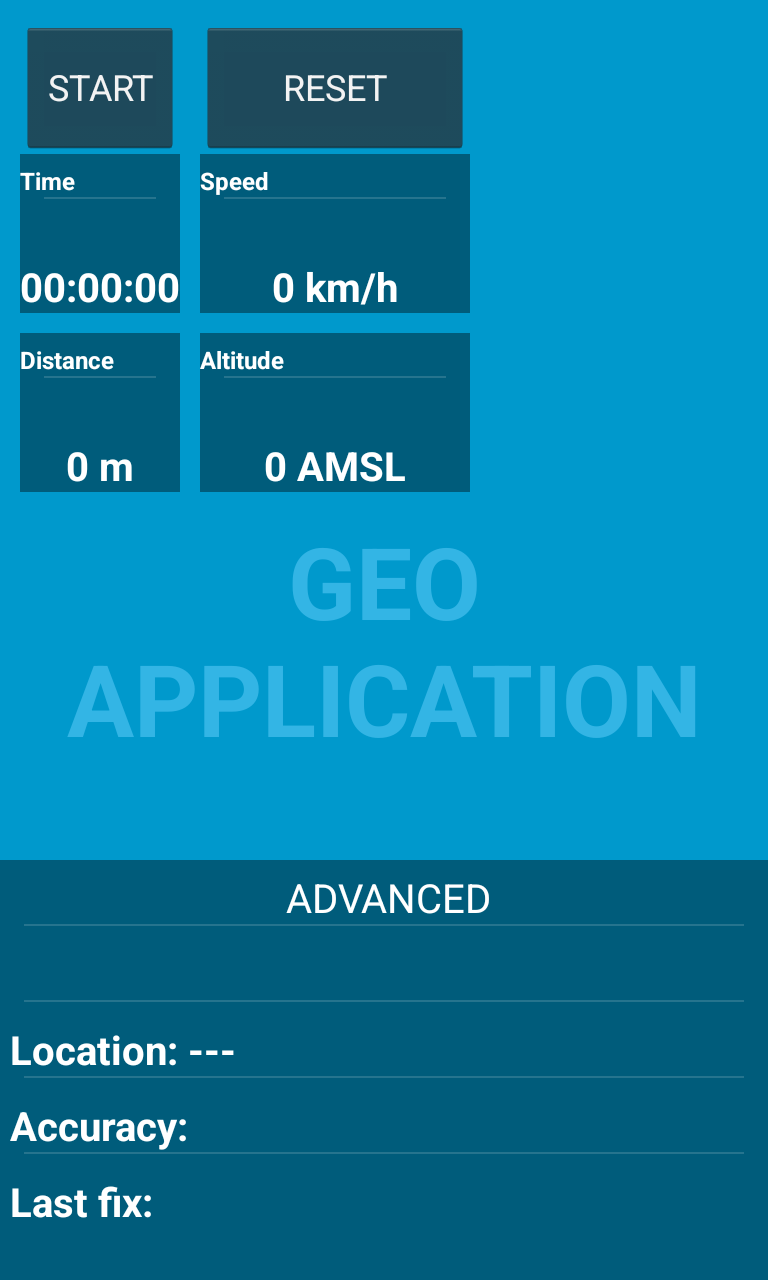
Repository: sebastianR1001/GeoApplication
Layout: GeoApplication/res/layout/activity_fullscreen.xml
The author's editor kept a copy of each file at every save. The layout is drawn from the files as they stood at one save, then again after the next save.
It is drawn on a 768 x 1280 px phone screen (xhdpi) without system bars, with theme FullscreenTheme; the app's code is not run.

Above is the layout before, as saved 2014-10-24 18:22:38.

### GeoApplication/res/layout/activity_fullscreen.xml
<FrameLayout xmlns:android="http://schemas.android.com/apk/res/android"
    xmlns:tools="http://schemas.android.com/tools"
    android:layout_width="match_parent"
    android:layout_height="match_parent"
    android:background="#0099cc"
    tools:context="geo.geoapplication.FullscreenActivity" >

    <!--
         The primary full-screen view. This can be replaced with whatever view
         is needed to present your content, e.g. VideoView, SurfaceView,
         TextureView, etc.
    -->

    <TextView
        android:id="@+id/fullscreen_content"
        android:layout_width="match_parent"
        android:layout_height="match_parent"
        android:gravity="center"
        android:keepScreenOn="true"
        android:text="@string/geo_application"
        android:textColor="#33b5e5"
        android:textSize="50sp"
        android:textStyle="bold" />

     <TableLayout
        android:layout_width="wrap_content"
        android:layout_height="wrap_content"
        android:layout_marginTop="10dp"
        android:layout_marginLeft="10dp"  >

         <TableRow
            android:id="@+id/tableRow0"
            android:layout_width="wrap_content"
            android:layout_height="wrap_content"
            >

            <Button
		        android:id="@+id/startButton"
		        android:layout_width="wrap_content"
		        android:layout_height="67dp"
		        android:text="@string/startButton" />

		     <Button
		        android:id="@+id/resetButton"
		        android:layout_width="135dp"
		        android:layout_height="67dp"
		        android:layout_marginLeft="10dp"
		        android:text="@string/resetButton" />

        </TableRow>

        <TableRow
            android:id="@+id/tableRow1"
            android:layout_width="wrap_content"
            android:layout_height="wrap_content"
            >

            <LinearLayout
		        android:id="@+id/timeLayout"
		        style="?metaButtonBarStyle"
		        android:layout_width="wrap_content"
		        android:layout_height="wrap_content"
		        android:layout_weight="7"
		        android:background="@color/black_overlay"
		        android:orientation="vertical"
		        tools:ignore="UselessParent" >

			    <TextView
			        android:layout_width="match_parent"
			        android:layout_height="match_parent"
			        android:layout_marginTop="5dp"
			        android:text="@string/timeText"
			        android:id="@+id/timeText"
			        android:textColor="#ffffff"
			        android:textSize="12sp"
			        android:textStyle="bold" />

			    <TextView
			        android:layout_width="match_parent"
			        android:layout_height="match_parent"
			        android:text="@string/time"
			        android:id="@+id/time"
			        android:layout_marginTop="30dp"
			        android:gravity="center"
			        android:textColor="#ffffff"
			        android:textSize="20sp"
			        android:textStyle="bold" />

	        </LinearLayout>

			<LinearLayout
		        android:id="@+id/speedLayout"
		        style="?metaButtonBarStyle"
		        android:layout_width="wrap_content"
		        android:layout_height="wrap_content"
		        android:layout_weight="7"
		        android:layout_marginLeft="10dp"
		        android:background="@color/black_overlay"
		        android:orientation="vertical"
		        tools:ignore="UselessParent" >

			    <TextView
			        android:layout_width="match_parent"
			        android:layout_height="match_parent"
			        android:layout_marginTop="5dp"
			        android:text="@string/speedText"
			        android:id="@+id/speedText"
			        android:textColor="#ffffff"
			        android:textSize="12sp"
			        android:textStyle="bold" />

			    <TextView
			        android:layout_width="match_parent"
			        android:layout_height="match_parent"
			        android:text="@string/speed"
			        android:id="@+id/speed"
			        android:layout_marginTop="30dp"
			        android:gravity="center"
			        android:textColor="#ffffff"
			        android:textSize="20sp"
			        android:textStyle="bold" />

	        </LinearLayout>

        </TableRow>

        <TableRow
            android:id="@+id/tableRow4"
            android:layout_width="wrap_content"
            android:layout_height="wrap_content"
            android:layout_marginTop="10dp"
            >

            <LinearLayout
		        android:id="@+id/distanceLayout"
		        style="?metaButtonBarStyle"
		        android:layout_width="wrap_content"
		        android:layout_height="wrap_content"
		        android:layout_weight="7"
		        android:background="@color/black_overlay"
		        android:orientation="vertical"
		        tools:ignore="UselessParent" >

			    <TextView
			        android:layout_width="match_parent"
			        android:layout_height="match_parent"
			        android:layout_marginTop="5dp"
			        android:text="@string/distanceText"
			        android:id="@+id/distanceText"
			        android:textColor="#ffffff"
			        android:textSize="12sp"
			        android:textStyle="bold" />

			    <TextView
			        android:layout_width="match_parent"
			        android:layout_height="match_parent"
			        android:text="@string/distance"
			        android:id="@+id/distance"
			        android:layout_marginTop="30dp"
			        android:gravity="center"
			        android:textColor="#ffffff"
			        android:textSize="20sp"
			        android:textStyle="bold" />

	        </LinearLayout>

			<LinearLayout
		        android:id="@+id/elevationLayout"
		        style="?metaButtonBarStyle"
		        android:layout_width="wrap_content"
		        android:layout_height="wrap_content"
		        android:layout_weight="7"
		        android:layout_marginLeft="10dp"
		        android:background="@color/black_overlay"
		        android:orientation="vertical"
		        tools:ignore="UselessParent" >

			    <TextView
			        android:layout_width="match_parent"
			        android:layout_height="match_parent"
			        android:layout_marginTop="5dp"
			        android:text="@string/altitudeText"
			        android:id="@+id/altitudeText"
			        android:textColor="#ffffff"
			        android:textSize="12sp"
			        android:textStyle="bold" />

			    <TextView
			        android:layout_width="match_parent"
			        android:layout_height="match_parent"
			        android:text="@string/altitude"
			        android:id="@+id/altitude"
			        android:layout_marginTop="30dp"
			        android:gravity="center"
			        android:textColor="#ffffff"
			        android:textSize="20sp"
			        android:textStyle="bold" />

	        </LinearLayout>

        </TableRow>

    </TableLayout>

	   <LinearLayout
	        android:id="@+id/advanced"
	        style="?metaButtonBarStyle"
	        android:layout_width="match_parent"
	        android:layout_height="210dp"
	        android:layout_gravity="bottom|center_horizontal"
	        android:background="@color/black_overlay"
	        android:orientation="vertical"
	        tools:ignore="UselessParent" >

	       <TextView
		        android:id="@+id/advancedInformation"
		        android:layout_width="wrap_content"
                android:layout_height="wrap_content"
                android:text="@string/advancedText"
		        android:paddingTop="5dp"
		        android:paddingLeft="5dp"
		        android:layout_gravity="top|center_horizontal"
		        android:textColor="#ffffff"
		        android:textSize="20sp" />

	       <TextView
		        android:id="@+id/gpsInformation"
		        android:layout_width="wrap_content"
                android:layout_height="wrap_content"
		        android:paddingTop="10dp"
		        android:paddingLeft="5dp"
		        android:textColor="#ffffff"
		        android:textSize="20sp" />

		    <TextView
		        android:id="@+id/viewLocation"
		        android:layout_width="wrap_content"
		        android:layout_height="wrap_content"
		        android:paddingTop="10dp"
		        android:paddingLeft="5dp"
		        android:keepScreenOn="true"
		        android:text="@string/location"
		        android:textColor="#ffffff"
		        android:textSize="20sp"
		        android:textStyle="bold" />

	        <TextView
		        android:layout_width="wrap_content"
                android:layout_height="wrap_content"
		        android:paddingTop="10dp"
		        android:paddingLeft="5dp"
		        android:text="@string/accuracy"
		        android:id="@+id/accuracy"
		        android:textColor="#ffffff"
		        android:textSize="20sp"
		        android:textStyle="bold" />

	        <TextView
		        android:layout_width="wrap_content"
                android:layout_height="wrap_content"
		        android:paddingTop="10dp"
		        android:paddingLeft="5dp"
		        android:text="@string/last_fix"
		        android:id="@+id/lastFix"
		        android:textColor="#ffffff"
		        android:textSize="20sp"
		        android:textStyle="bold" />

        </LinearLayout>


    <FrameLayout
        android:layout_width="match_parent"
        android:layout_height="match_parent"
        android:fitsSystemWindows="true" >

        <LinearLayout
            android:id="@+id/fullscreen_content_controls"
            style="?metaButtonBarStyle"
            android:layout_width="match_parent"
            android:layout_height="wrap_content"
            android:layout_gravity="bottom|center_horizontal"
            android:background="@color/black_overlay"
            android:orientation="horizontal"
            tools:ignore="UselessParent" >
        </LinearLayout>

        <requestFocus />


    </FrameLayout>
    <!--
         This FrameLayout insets its children based on system windows using
         android:fitsSystemWindows.
    -->

</FrameLayout>

### GeoApplication/res/values/strings.xml
<?xml version="1.0" encoding="utf-8"?>
<resources>

    <string name="app_name">GeoApplication</string>
    <string name="dummy_button">Dummy Button</string>
    <string name="dummy_content">DUMMY\nCONTENT</string>
    <string name="geo_application">GEO\nAPPLICATION</string>
    <string name="location">Location: ---</string>
    <string name="speedText">Speed</string>
    <string name="speed">0 km/h</string>
    <string name="time">00:00:00</string>
    <string name="timeText">Time</string>
    <string name="accuracy">Accuracy:</string>
    <string name="distance">0 m</string>
    <string name="distanceText">Distance</string>
    <string name="altitude">0 AMSL</string>
    <string name="altitudeText">Altitude</string>
    <string name="last_fix">Last fix:</string>

    <string name="startButton">START</string>
    <string name="stopButton">STOP</string>
    <string name="resetButton">RESET</string>
    <string name="advancedText">ADVANCED</string>

</resources>

Loaded but not shown: GeoApplication/res/values-v11/styles.xml (common file); GeoApplication/res/values/styles.xml (common file); GeoApplication/res/values/colors.xml (common file)

After the next save:
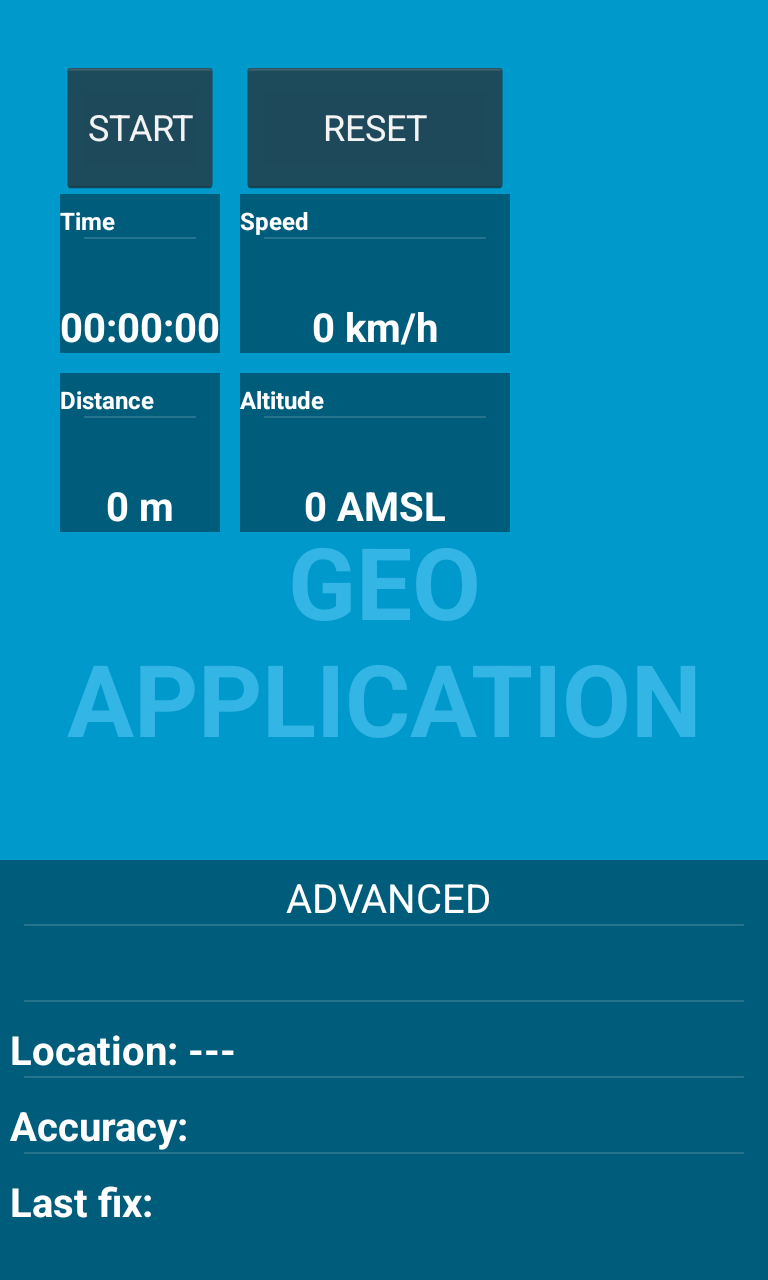
Saved 21 s later.
--- a/GeoApplication/res/layout/activity_fullscreen.xml
+++ b/GeoApplication/res/layout/activity_fullscreen.xml
@@ -25,8 +25,7 @@
      <TableLayout
         android:layout_width="wrap_content"
         android:layout_height="wrap_content"
-        android:layout_marginTop="10dp"
-        android:layout_marginLeft="10dp"  >
+        android:layout_margin = "30">
 
          <TableRow
             android:id="@+id/tableRow0"
